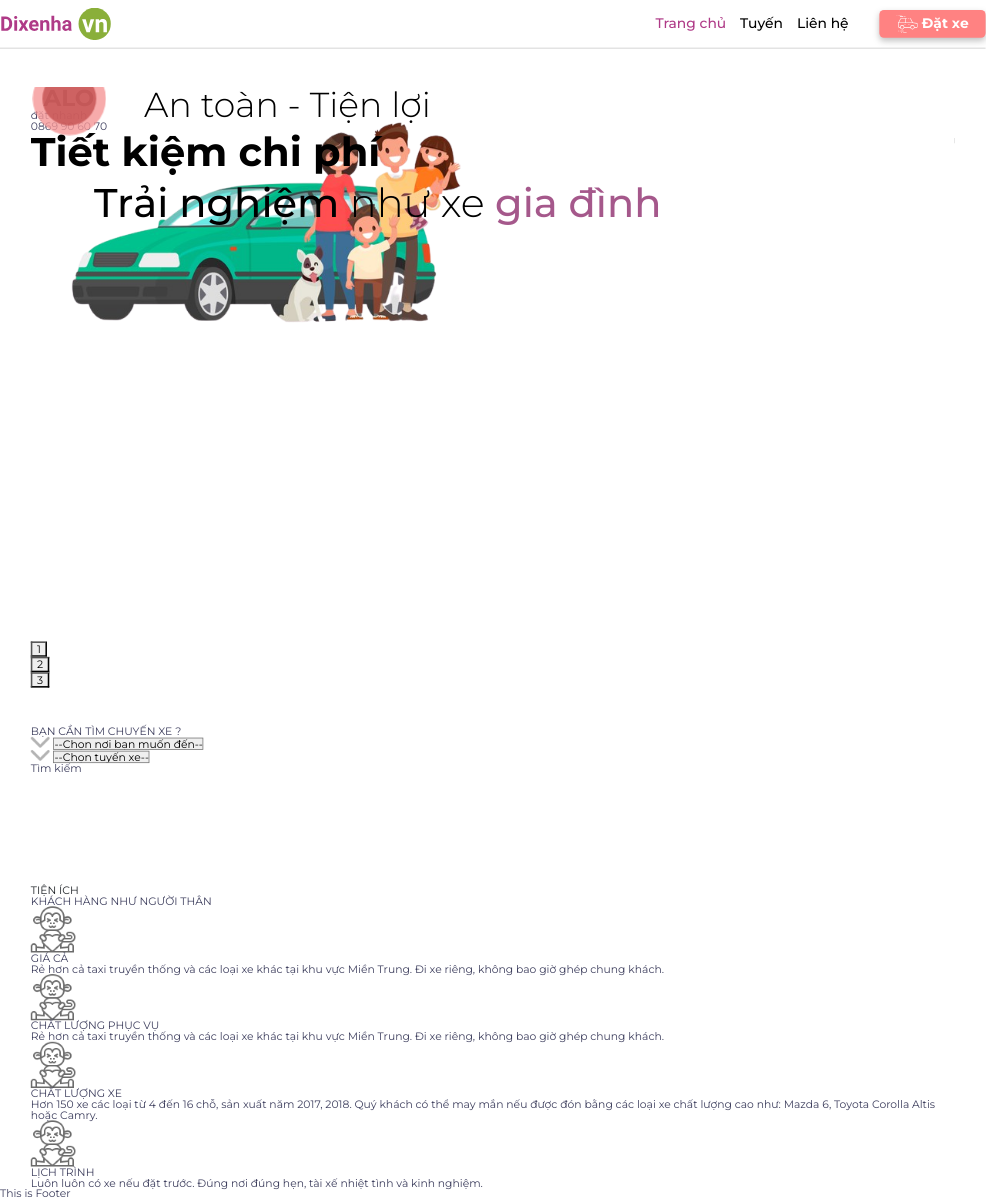
Repository: thanhthien0706/last_project--fe004
Page: lastProductF004/dist/index.html
The author's editor kept a copy of each file at every save. The page is drawn from the files as they stood at one save, then again after the next save.
The browser window is 1280 px wide. The pictures show the whole page, at 77% of full size.
Some web libraries are served in a nearby version. The style sheet was rebuilt from its Sass, Less or Tailwind sources for each picture, by a compiler version that may differ from the author's.

Above is the page before, as saved 2021-09-16 19:55:43.

### lastProductF004/dist/index.html
<html lang="vi">

<head>
  <!-- include head.html -->
  <title>Trang web cho thuê xe Đà Nẵng - Hội An</title>
<meta name="viewport" content="width=device-width, initial-scale=1, shrink-to-fit=no">
<meta http-equiv="Content-type" content="text/html;charset=UTF-8">

<!-- favicon -->
<link href="/images/favicon.ico" type="image/x-icon" rel="icon">
<!-- meta social -->
<meta name="twitter:card" content="" />
<meta name="twitter:site" content="" />
<meta name="twitter:creator" content="" />
<meta property="og:description" content="" />
<meta property="og:image" content="" />
<meta property="og:site_name" content="">
<meta property="og:title" content="" />
<meta property="og:type" content="">
<meta property="og:url" content="" />
<link rel="apple-touch-icon" sizes="180x180" href="/images/favicon/apple-touch-icon.png">
<link rel="icon" type="image/png" sizes="32x32" href="/images/favicon/favicon-32x32.png">
<link rel="icon" type="image/png" sizes="16x16" href="/images/favicon/favicon-16x16.png">

<link rel="manifest" href="/manifest.json">

<meta name="mobile-web-app-capable" content="yes">
<meta name="apple-mobile-web-app-capable" content="yes">
<meta name="application-name" content="Short name web app">
<meta name="apple-mobile-web-app-title" content="Short name web app">
<meta name="theme-color" content="#00a849">
<meta name="msapplication-navbutton-color" content="#00a849">
<meta name="apple-mobile-web-app-status-bar-style" content="black-translucent">
<meta name="msapplication-starturl" content="/">


  <!-- include styles.html -->
  <link href="https://fonts.googleapis.com/css?family=Roboto|Roboto+Condensed|Roboto+Mono|Roboto+Slab&display=swap"
    rel="stylesheet">
<link href="https://fonts.googleapis.com/icon?family=Material+Icons" rel="stylesheet">


<!-- boostrap -->
<link rel="stylesheet" href="https://stackpath.bootstrapcdn.com/bootstrap/4.4.1/css/bootstrap.min.css"
    integrity="sha384-Vkoo8x4CGsO3+Hhxv8T/Q5PaXtkKtu6ug5TOeNV6gBiFeWPGFN9MuhOf23Q9Ifjh" crossorigin="anonymous">
<link rel="stylesheet" href="https://use.fontawesome.com/releases/v5.8.2/css/all.css"
    integrity="sha384-oS3vJWv+0UjzBfQzYUhtDYW+Pj2yciDJxpsK1OYPAYjqT085Qq/1cq5FLXAZQ7Ay" crossorigin="anonymous">

<link rel="stylesheet" href="https://unpkg.com/swiper/swiper-bundle.css">
<link rel="stylesheet" href="https://unpkg.com/swiper/swiper-bundle.min.css">

<link href="https://unpkg.com/aos@2.3.1/dist/aos.css" rel="stylesheet">

<!-- build:css(.tmp) style/style.min.css -->
<!-- <link rel="stylesheet" type="text/css" media="screen" href="styles/main.scss"/> -->
<link rel="stylesheet" type="text/css" media="screen" href="css/main.css" />
<!-- endbuild -->
</head>

<body class="wrapper">
  <header class="main_header">
  <div class="container_edit">
    <div class="box_main_content">
      <div class="box_logo">
        <img src="../../images/logo.svg" alt="logo" class="img_logo">
      </div>
      <div class="box_main_menu">
        <ul class="lista_menu">
          <li class="item_list">
              <a href="#" class="active">Trang chủ</a>
          </li>
          <li class="item_list">
              <a href="#">Tuyến</a>
          </li>
          <li class="item_list">
              <a href="#">Liên hệ</a>
          </li>
        </ul>
        <a href="#" class="btn_dat_xe">
          <img src="images/icon/ic_car-1.svg" alt="">
          <span class="text">Đặt xe</span>
        </a>
      </div>
    </div>
  </div>

</header>

  <section>

    <section class="section_01">
      <div class="container_new_edit">
        <div class="box_main_slide">
          <!-- slide 1 -->
          <div class="box_content_slide">

            <div class="box_slogan">
              <p class="slogan_1">An toàn - Tiện lợi</p>
              <p class="slogan_2">Tiết kiệm chi phí</p>
              <p class="slogan_3"><span class="sp_slogan_1">Trải nghiệm</span> như xe <span class="sp_slogan_2">gia đình</span></p>
            </div>

            <div class="box_contact">
              <div class="box_icon">
                <div class="shape_1"></div>
                <div class="shape_2"></div>
                <p class="icon">ALO</p>
              </div>
              <div class="box_text">
                <p>đặt nhanh</p>
                <p class="sdt">
                  0869 90 60 70
                </p>
              </div>
            </div>

            <div class="box_img">
              <img src="images/bg/bg_image-1.png" alt="">
            </div>

          </div>

          <!-- slide 2 -->
          <div class="box_content_slide">

            <div class="box_slogan">
              <p class="slogan_1">An toàn - Tiện lợi</p>
              <p class="slogan_2">Tiết kiệm chi phí</p>
              <p class="slogan_3"><span class="sp_slogan_1">Trải nghiệm</span> như xe <span class="sp_slogan_2">gia đình</span></p>
            </div>

            <div class="box_contact">
              <div class="box_icon">
                <div class="shape_1"></div>
                <div class="shape_2"></div>
                <p class="icon">ALO</p>
              </div>
              <div class="box_text">
                <p>đặt nhanh</p>
                <p class="sdt">
                  0869 90 60 70
                </p>
              </div>
            </div>

            <div class="box_img">
              <img src="images/bg/bg_image-1.png" alt="">
            </div>

          </div>

          <!-- slide 3 -->
          <div class="box_content_slide">

            <div class="box_slogan">
              <p class="slogan_1">An toàn - Tiện lợi</p>
              <p class="slogan_2">Tiết kiệm chi phí</p>
              <p class="slogan_3"><span class="sp_slogan_1">Trải nghiệm</span> như xe <span class="sp_slogan_2">gia đình</span></p>
            </div>

            <div class="box_contact">
              <div class="box_icon">
                <div class="shape_1"></div>
                <div class="shape_2"></div>
                <p class="icon">ALO</p>
              </div>
              <div class="box_text">
                <p>đặt nhanh</p>
                <p class="sdt">
                  0869 90 60 70
                </p>
              </div>
            </div>

            <div class="box_img">
              <img src="images/bg/bg_image-1.png" alt="">
            </div>

          </div>

        </div>
      </div>
    </section>
    <section class="section_02">
      <div class="container_new_edit">
        <div class="row_edit">
          <div class="box_left">
            <p>BẠN CẦN TÌM CHUYẾN XE ?</p>
            <section class="section_list_sec">

              <div class="box_main--sec">
                <span class="arrow">
                  <img src="images/icon/ic_arrow--down.png" alt="">
                </span>
                <select name="" id="" class="select_main">
                  <option value="1">--Chọn nơi bạn muốn đến--</option>
                  <option value="1">Đà nẵng</option>
                  <option value="1">Nha Trang</option>
                  <option value="1">Huế</option>
                </select>
              </div>

              <div class="box_main--sec">
                <span class="arrow">
                  <img src="images/icon/ic_arrow--down.png" alt="">
                </span>
                <select name="" id="" class="select_main">
                  <option value="1">--Chọn tuyến xe--</option>
                  <option value="1">Tuyến 1</option>
                  <option value="1">Tuyến 2</option>
                  <option value="1">Tuyến 3</option>
                </select>
              </div>

              <a href="#" class="btn_search">Tìm kiếm</a>
            </section>
          </div>
          <div class="box_right">
            <img src="images/bg/bg_img-2.svg" alt="">
          </div>
        </div>
      </div>
    </section>
    <section class="section_03">
      <div class="container_new_edit">
        <div class="box_header">
          <span>TIỆN ÍCH</span>
          <h2>KHÁCH HÀNG NHƯ NGƯỜI THÂN</h2>
        </div>
        <div class="box_tien-ich_main">
          <div class="box_grid">
            <div class="item_grid">
              <div class="box_conten">
                <div class="box_logo">
                  <img src="images/icon/ic_monkey.png" alt="">
                </div>
                <div class="box_text--main">
                  <h2>GIÁ CẢ</h2>
                  <p>
                    Rẻ hơn cả taxi truyền thống và các loại xe khác tại khu vực Miền Trung.
                    Đi xe riêng, không bao giờ ghép chung khách.
                  </p>
                </div>
              </div>
            </div>
            <div class="item_grid">
              <div class="box_conten">
                <div class="box_logo">
                  <img src="images/icon/ic_monkey.png" alt="">
                </div>
                <div class="box_text--main">
                  <h2>CHẤT LƯỢNG PHỤC VỤ</h2>
                  <p>
                    Rẻ hơn cả taxi truyền thống và các loại xe khác tại khu vực Miền Trung.
                    Đi xe riêng, không bao giờ ghép chung khách.
                  </p>
                </div>
              </div>
            </div>
            <div class="item_grid">
              <div class="box_conten">
                <div class="box_logo">
                  <img src="images/icon/ic_monkey.png" alt="">
                </div>
                <div class="box_text--main">
                  <h2>CHẤT LƯỢNG XE</h2>
                  <p>
                    Hơn 150 xe các loại từ 4 đến 16 chỗ, sản xuất năm 2017, 2018.
                    Quý khách có thể may mắn nếu được đón bằng các loại xe chất lượng cao
                    như: Mazda 6, Toyota Corolla Altis hoặc Camry.
                  </p>
                </div>
              </div>
            </div>
            <div class="item_grid">
              <div class="box_conten">
                <div class="box_logo">
                  <img src="images/icon/ic_monkey.png" alt="">
                </div>
                <div class="box_text--main">
                  <h2>LỊCH TRÌNH</h2>
                  <p>
                    Luôn luôn có xe nếu đặt trước.
                    Đúng nơi đúng hẹn, tài xế nhiệt tình và kinh nghiệm.
                  </p>
                </div>
              </div>
            </div>
          </div>
        </div>
      </div>
    </section>

  </section>
  <footer class="main_footer">
        <h1>This is Footer</h1>
</footer>

  <!-- include scripts.html -->
  <!-- boostrap -->
<script src="https://ajax.googleapis.com/ajax/libs/jquery/3.4.1/jquery.min.js"></script>
<!-- <script src="https://code.jquery.com/jquery-3.3.1.slim.min.js"
        integrity="sha384-q8i/X+965DzO0rT7abK41JStQIAqVgRVzpbzo5smXKp4YfRvH+8abtTE1Pi6jizo"
        crossorigin="anonymous"></script> -->
<script src="https://cdnjs.cloudflare.com/ajax/libs/popper.js/1.14.7/umd/popper.min.js"
        integrity="sha384-UO2eT0CpHqdSJQ6hJty5KVphtPhzWj9WO1clHTMGa3JDZwrnQq4sF86dIHNDz0W1"
        crossorigin="anonymous"></script>
<script src="https://stackpath.bootstrapcdn.com/bootstrap/4.3.1/js/bootstrap.min.js"
        integrity="sha384-JjSmVgyd0p3pXB1rRibZUAYoIIy6OrQ6VrjIEaFf/nJGzIxFDsf4x0xIM+B07jRM"
        crossorigin="anonymous"></script>



<!-- build:js script/script.min.js -->
<script type="text/javascript" src="js/slick.js"></script>
<script type="text/javascript" src="js/script.js"></script>
<!-- endbuild -->

<script src="https://unpkg.com/aos@2.3.1/dist/aos.js"></script>
</body>

</html>

### lastProductF004/src/styles/main.scss
// ----------------------------------------------------------------------
// Font
// ----------------------------------------------------------------------
@import url('https://fonts.googleapis.com/css?family=Roboto:300,400,500,700,900&subset=vietnamese');
@import url('https://cdnjs.cloudflare.com/ajax/libs/font-awesome/5.15.1/css/all.min.css');
// ----------------------------------------------------------------------
// Base
// ----------------------------------------------------------------------
@import "base/reset";
@import "base/fonts";
@import "base/base";

// ----------------------------------------------------------------------
// Layout
// ----------------------------------------------------------------------
@import "layout/slick";
@import "layout/global";
@import "layout/keyframes";
@import "layout/header";
@import "layout/footer";

// ----------------------------------------------------------------------
// Pages
// ----------------------------------------------------------------------
@import "pages/homepage";

### lastProductF004/src/styles/base/_fonts.scss
@import url('https://fonts.googleapis.com/css2?family=Montserrat:wght@100;200;300;400;500;600;700;800;900&display=swap');
// font-family: 'Montserrat', sans-serif;

### lastProductF004/src/styles/layout/_keyframes.scss
@include keyframes(faderighttoleft) {
    from {
        opacity: 0;
        right: -50px;
    }

    to {
        opacity: 1;
        right: 0;
    }
}

@include keyframes(face_text_slide) {
    from {
        opacity: 0;
        top: 20px;
    }

    to {
        opacity: 1;
        top: 0;
    }
}
@include keyframes(showcar_home) {
    from {
        opacity: 0;
        visibility: hidden;
        bottom: -10px;
    }

    to {
        opacity: 1;
        visibility: visible;
        bottom: 0;
    }
}

@include keyframes(showcar) {
    from {
        opacity: 0;
        visibility: hidden;
        bottom: -10px;
    }

    to {
        opacity: 1;
        visibility: visible;
        bottom: -24px;
    }
}

@include keyframes(xoayphone) {
    0% {
        @include xoay(-45deg);
    }

    50% {
        @include xoay(25deg);
    }

    100% {
        @include xoay(0deg);
    }
}

@include keyframes(onloadtabs) {
    from {
        opacity: 0;
        visibility: hidden;
        left: -10px;
    }

    to {
        opacity: 1;
        visibility: visible;
        left: 0;
    }
}

@include keyframes(showhomecar) {
    from {
        opacity: 0;
        visibility: hidden;
        min-height: 0;
        bottom: -20px;
    }

    to {
        opacity: 1;
        visibility: visible;
        min-height: 240px;
        bottom: 0;
    }
}

### lastProductF004/src/styles/layout/_header.scss
.container_edit{
    max-width: 1360px;
    width: 100%;
    margin: 0 auto;
}

.main_header{
    padding: 10px 0;
    background-color: #fff;
    border-bottom: 1px solid rgba(0, 0, 0, 0.22);
    .box_main_content{
        display: flex;
        flex-direction: row;
        justify-content: space-between;
        align-items: center;
        .box_logo{
            img{
                width: auto;
                height: 42px;
                object-fit: cover;
            }
        }
        .box_main_menu{
            display: flex;
            flex-direction: row;
            justify-self: center;
            align-items: center;
            .lista_menu{
                display: flex;
                flex-direction: row;
                justify-content: space-between;
                align-items: center;
                margin-right: 40px;
                .item_list{
                    margin-right:18px;
                    a{
                        font-size:18px;
                        color:#000;
                        font-weight: 500;
                        text-decoration: none;
                        transition: 0.5s;
                        &.active{
                            color:#AF3A87;
                        }
                        &:hover{
                            color:#AF3A87;
                        }
                    }
                    &:last-child{
                        margin-right:0;
                    }
                }
            }
            .btn_dat_xe{
                display: flex;
                flex-direction: row;
                justify-content: space-between;
                align-items: center;
                padding: 6px 22px;
                background-color: #FF8282;
                border-radius: 6px;
                text-decoration: none;
                filter: drop-shadow(0px 4px 4px rgba(0, 0, 0, 0.25));
                transition: 0.5s;
                &:hover{
                    opacity: 0.8;
                }
                img{
                    margin-right: 5px;
                }
                span{
                    font-size:18px;
                    color:#fff;
                    font-weight: bold;
                }
            }
        }
    }
}

### lastProductF004/src/styles/pages/_homepage.scss
html {
    scroll-behavior: smooth;
}

.container_new_edit{
    max-width: 1200px;
    width: 100%;
    margin: 0 auto;
}

.section_01{
    min-height:500px;
    padding: 50px 0;
    // width: 100%;
    .box_main_slide{
        .box_content_slide{
            position: relative;
            .box_slogan{
                position: absolute;
                .slogan_1{
                    @include font_size(45);
                    font-weight: 300;
                    color: #000;
                    margin-bottom: 14px;
                    margin-left: 147px;
                }
                .slogan_2{
                    @include font_size(52);
                    font-weight: bold;
                    color: #000;
                    margin-bottom: 14px;
                }
                .slogan_3{
                    @include font_size(52);
                    font-weight: 300;
                    color: #000;
                    margin-bottom: 14px;
                    margin-left: 82px;

                    .sp_slogan_1{
                        font-weight: 500;
                    }
                    .sp_slogan_2{
                        font-weight:500;
                        color: rgba(135, 32, 100, 0.75);
                    }
                }
            }
            .box_contact{
                position: absolute;
                .box_icon{
                    position: relative;
                    .shape_1{
                        position: absolute;
                        width: 95px;
                        height: 95px;
                        background-color:  rgba(245, 151, 151, 0.8);
                        top: 50%;
                        left: 50%;
                        transform: translate(-50%,-50%);
                        border-radius: 50%;
                    }
                    .shape_2{
                        position: absolute;
                        width: 70px;
                        height: 70px;
                        background-color: rgba(197, 81, 81, 0.8);
                        top: 50%;
                        left: 50%;
                        transform: translate(-50%,-50%);
                        border-radius: 50%;
                    }
                    p{
                        @include font_size(30);
                        font-weight: bold;
                        color: #000;
                        text-align: center;
                        // transform: translate(-50%, -50%) rotate(-29deg);
                    }
                }
            }
        }
    }
}

Loaded but not shown: lastProductF004/dist/js/slick.js (library); lastProductF004/src/styles/base/_reset.scss (common file); lastProductF004/src/styles/layout/_slick.scss (common file); lastProductF004/dist/js/script.js (13 lines, source omitted); lastProductF004/src/styles/base/_base.scss (976 lines, source omitted); lastProductF004/src/styles/layout/_global.scss (187 lines, source omitted); lastProductF004/src/styles/layout/_footer.scss (no stored copy; drawn as an empty file)

After the next save:
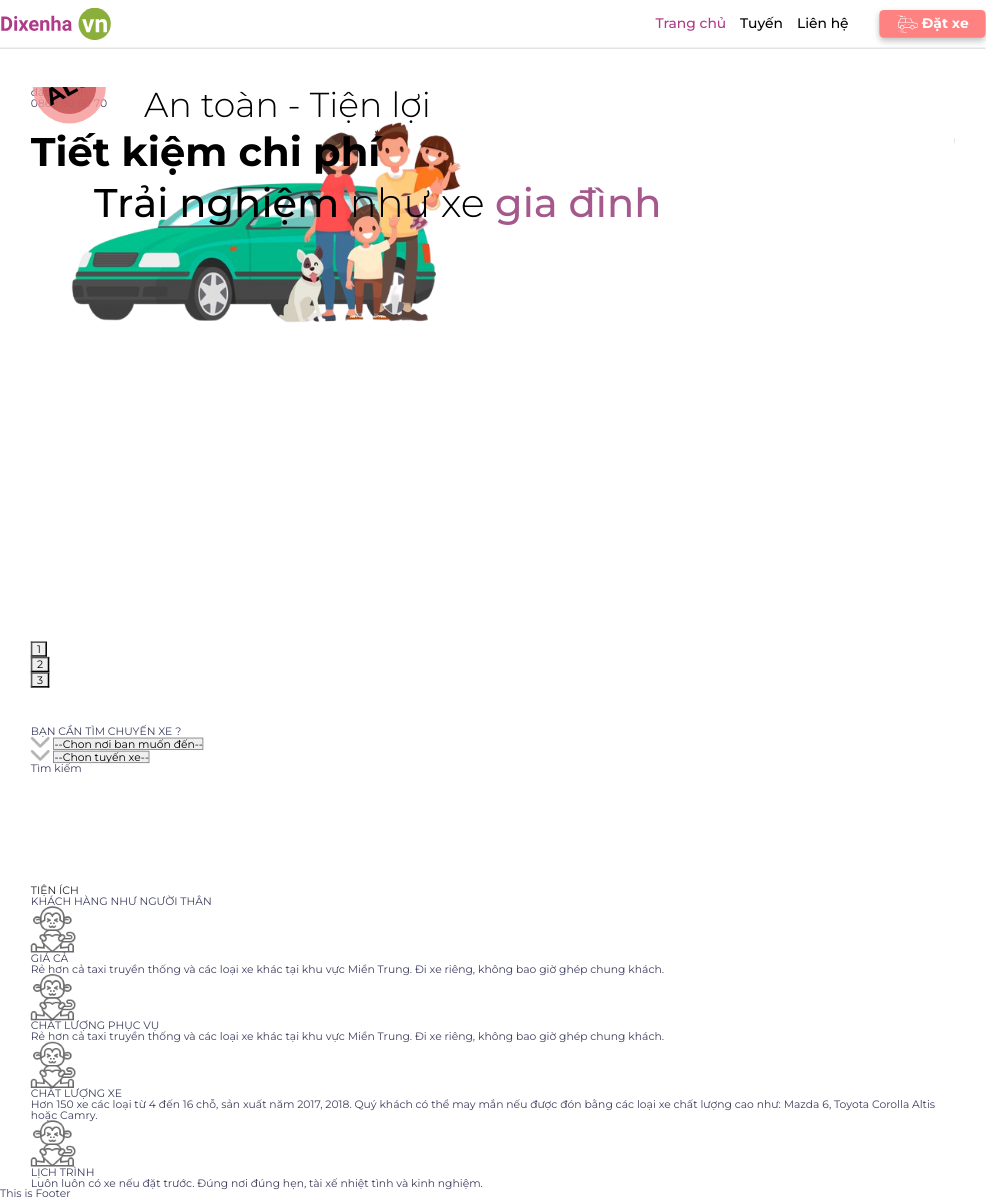
Saved 24 s later.
--- a/lastProductF004/src/styles/pages/_homepage.scss
+++ b/lastProductF004/src/styles/pages/_homepage.scss
@@ -75,7 +75,10 @@ html {
                         font-weight: bold;
                         color: #000;
                         text-align: center;
-                        // transform: translate(-50%, -50%) rotate(-29deg);
+                        position: absolute;
+                        top: 50%;
+                        left: 50%;
+                        transform: translate(-50%, -50%) rotate(-29deg);
                     }
                 }
             }
